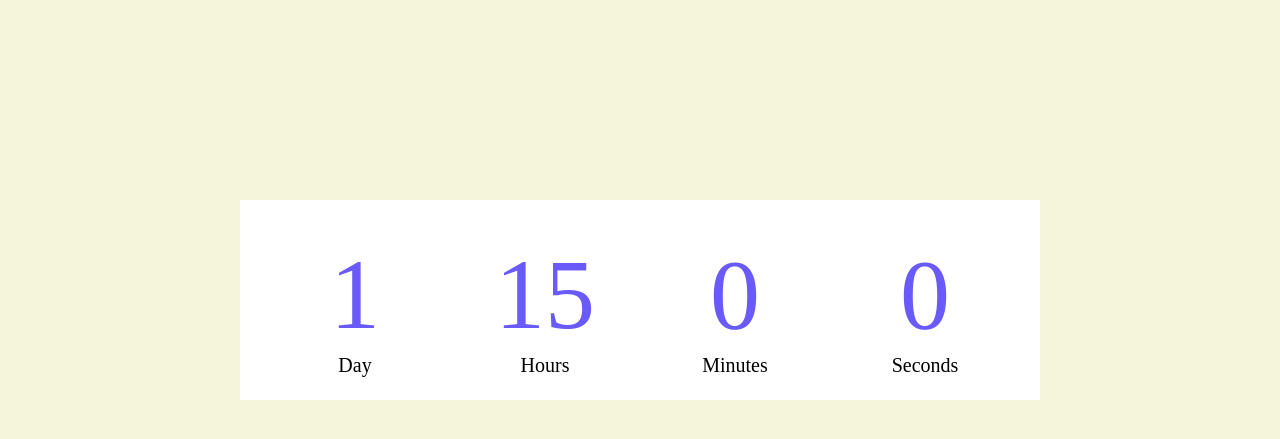
Repository: tienbkvn0605/counddown-demo
Page: index.html
The author's editor kept a copy of each file at every save. The page is drawn from the files as they stood at one save, then again after the next save.
The browser window is 1280 px wide. The pictures show the whole page.

Above is the page before, as saved 2022-10-04 23:49:11.

### index.html
<!DOCTYPE html>
<html lang="en">
  <head>
    <meta charset="UTF-8" />
    <meta http-equiv="X-UA-Compatible" content="IE=edge" />
    <meta name="viewport" content="width=device-width, initial-scale=1.0" />
    <link rel="stylesheet" href="resetcss.css" />
    <link rel="stylesheet" href="style.css" />
    <title>Document</title>
  </head>
  <body>
    <ul class="countdown">
      <li>
        <span class="number days">0</span>
        <span class="text">Day</span>
      </li>
      <li>
        <span class="number hours">0</span>
        <span class="text">Hours</span>
      </li>
      <li>
        <span class="number minutes">0</span>
        <span class="text">Minutes</span>
      </li>
      <li>
        <span class="number seconds">0</span>
        <span class="text">Seconds</span>
      </li>
    </ul>
  </body>
  <script src="app.js"></script>
</html>

### resetcss.css
*,
*::before,
*::after {
  box-sizing: border-box;
}
* {
  margin: 0;
  padding: 0;
  font: inherit;
}
body {
  line-height: 1.5;
}
img,
picture,
video,
canvas,
svg {
  display: block;
  max-width: 100%;
}
input,
button,
textarea,
select {
  outline: none;
}
p,
h1,
h2,
h3,
h4,
h5,
h6 {
  overflow-wrap: break-word;
}

### style.css
body {
  background-color: beige;
}
ul {
  list-style: none;
}
.countdown {
  width: 800px;
  height: 200px;
  margin: 200px auto;
  background-color: white;
  display: grid;
  grid-template-columns: repeat(4, 1fr);
  padding: 20px;
}
.countdown li {
  display: flex;
  align-items: center;
  flex-direction: column;
}
.number {
  font-size: 100px;
  color: #6a5af9;
  margin-bottom: -20px;
}
.text {
  font-size: 20px;
}

### app.js
window.addEventListener("load", function () {
  const daysTimer = document.querySelector(".days");
  const hoursTimer = document.querySelector(".hours");
  const minutesTimer = document.querySelector(".minutes");
  const secondsTimer = document.querySelector(".seconds");

  //Tue Oct 06 2022 23:33:35 GMT+0900 (Japan Standard Time)

  function countDown(date) {
    let day, hour, minute, second;
    const now = new Date();
    const startDate = now.getTime();
    const endDate = new Date(date).getTime();
    let timeRemaning = parseInt((endDate - startDate) / 1000); //miliseconds to seconds

    // 1 day = 24 * 60 * 60 = 86400 seconds
    day = parseInt(timeRemaning / 86400);
    timeRemaning = timeRemaning % 86400;
    //1 hour = 60 * 60
    hour = parseInt(timeRemaning / 3600);
    hoursTimer.textContent = hour;

    console.log(timeRemaning);
    daysTimer.textContent = day;
  }
  countDown("Tue Oct 06 2022 23:33:35 GMT+0900 (Japan Standard Time)");
});

After the next save:
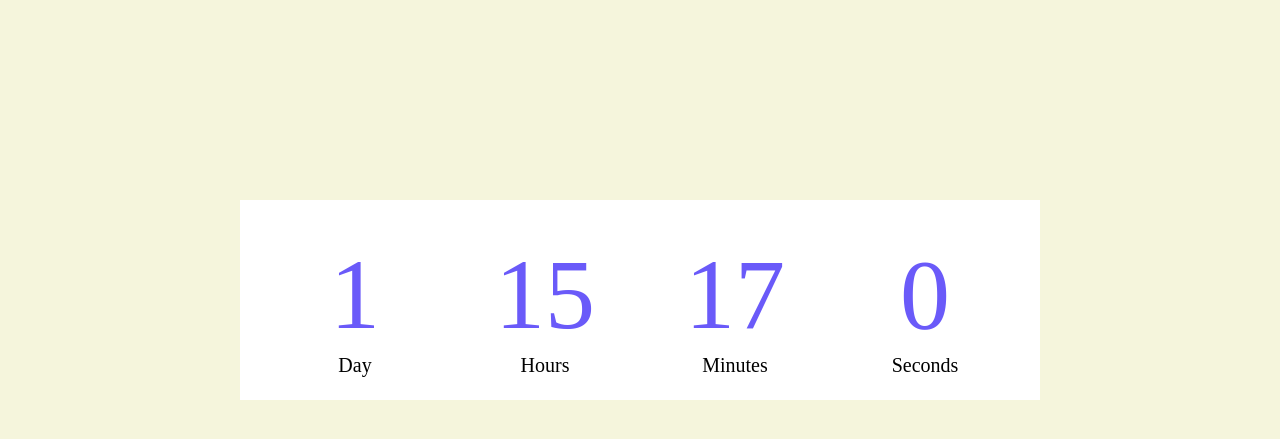
Saved 65 s later.
--- a/app.js
+++ b/app.js
@@ -19,7 +19,9 @@ window.addEventListener("load", function () {
     //1 hour = 60 * 60
     hour = parseInt(timeRemaning / 3600);
     hoursTimer.textContent = hour;
-
+    timeRemaning = timeRemaning % 3600;
+    minute = parseInt(timeRemaning / 60);
+    minutesTimer.textContent = minute;
     console.log(timeRemaning);
     daysTimer.textContent = day;
   }
